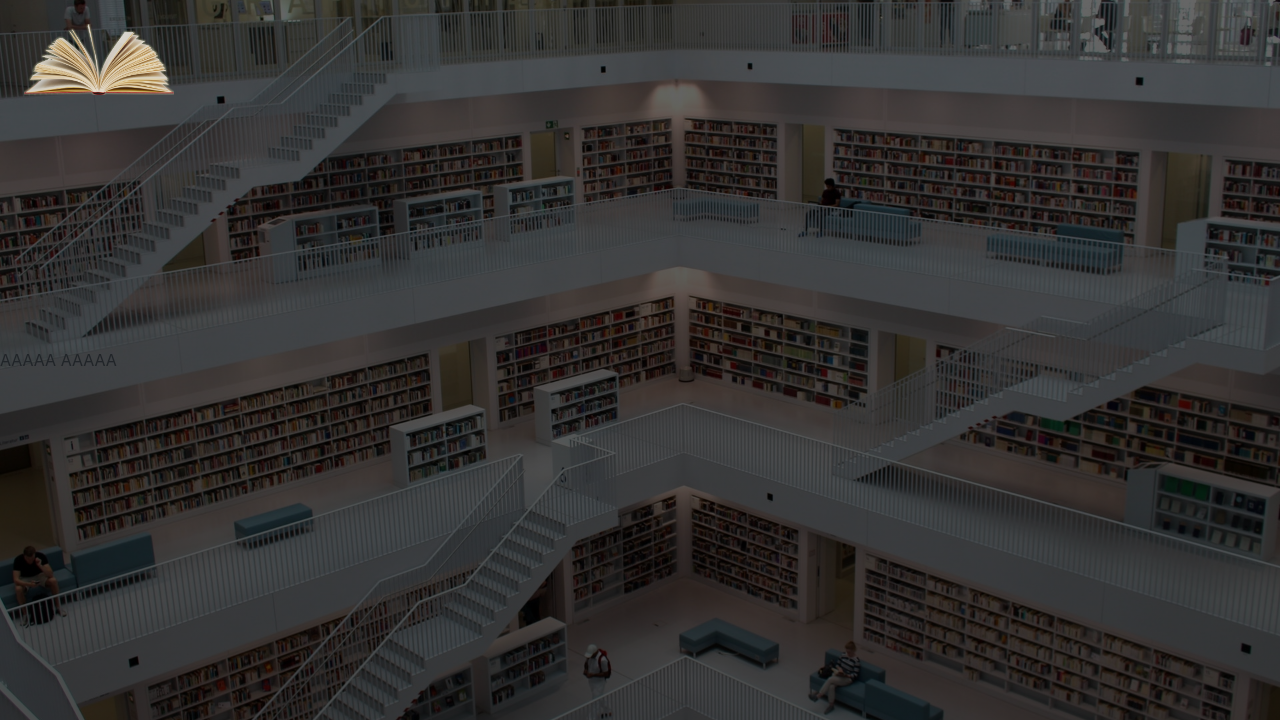
Repository: imedakrouti/BookStore
Page: index.html
The author's editor kept a copy of each file at every save. The page is drawn from the files as they stood at one save, then again after the next save.
The browser window is 1280 px wide. The pictures show the whole page.
Some web libraries are served in a nearby version.

Above is the page before, as saved 2020-05-05 17:21:58.

### index.html
<!DOCTYPE html>
<html lang="en">
<head>
    <meta charset="UTF-8">
    <!-- meta view-port responsive design -->
    <meta name="viewport" content="width=device-width, initial-scale=1.0">
    <!-- Favicon -->
    <link rel="shortcut icon" href="images/img/title-img.png" type="image/x-icon">
    <!-- Fontawsome -->
    <link rel="stylesheet" href="https://use.fontawesome.com/releases/v5.0.10/css/all.css" integrity="sha384-+d0P83n9kaQMCwj8F4RJB66tzIwOKmrdb46+porD/OvrJ+37WqIM7UoBtwHO6Nlg" crossorigin="anonymous">
    <!-- Css Bootstrap -->
    <link rel="stylesheet" href="pluguin/bootstrap/css/bootstrap.min.css">
    <!-- Css style -->
    <link rel="stylesheet" href="styles/styles.css">
    <title>Books Site</title>
</head>
<body>
    <!-- Header -->
    <header class="d-flex  align-items-center">
        <div class="align-self-start position-absolute">
            <a href=""><img src="images/img/book.png"width="150px" class="img-fluid m-4" alt=""></a>
        </div>

        <!-- Hero -->
        <div class="hero">
            AAAAA
            AAAAA

        </div>



    <!-- End Hero -->
    </header>
    <!-- End Of Header -->
<!-- Jquery -->
<script src="pluguin/jquery-3.3.1.min.js"></script>
<!-- Popper js -->
<script src="pluguin/popper.js"></script>
<!-- Bootstrap js  -->
<script src="pluguin/bootstrap/js/bootstrap.min.js"></script>
<!-- Own js file -->
<script src="js/script.js"></script>
</body>
</html>

### styles/styles.css
@import url('https://fonts.googleapis.com/css?family=Great+Vibes&display=swap');

*{
    margin: 0;
    padding: 0;
    box-sizing:border-box;
}
body{
    /* font-family: 'Great Vibes', cursive; */
}
a:hover{
    text-decoration: none;
}
header{
    height: 100vh;
    background:linear-gradient(rgba(0,0,0,0.6),rgba(0,0,0,0.7)),url('../images/img/header-bg.jpeg')no-repeat fixed center /cover;
}

.hero{
    height: 100vh;
    display: flex;
    justify-content: center;
    align-items: center;
    flex-direction: column;

}

Loaded but not shown: pluguin/bootstrap/css/bootstrap.min.css (library); pluguin/jquery-3.3.1.min.js (library); pluguin/popper.js (library); pluguin/bootstrap/js/bootstrap.min.js (library); js/script.js (no copy from this time; the picture is the same without it)

After the next save:
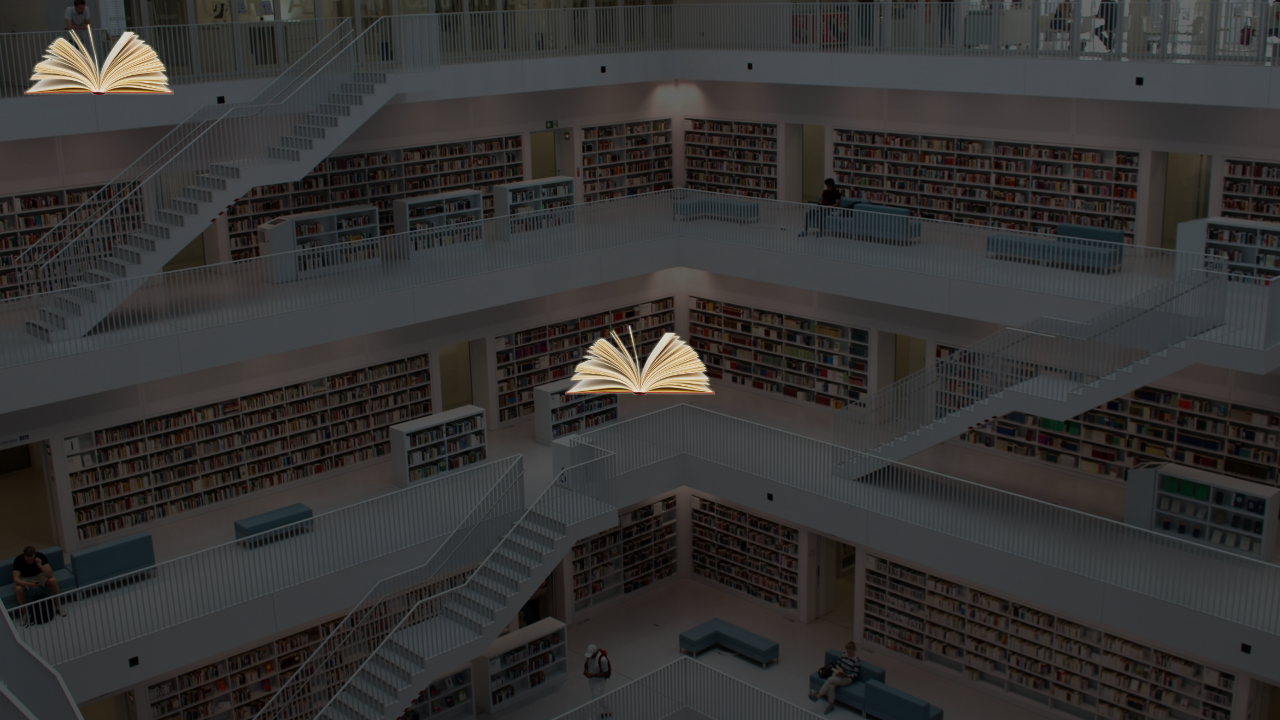
Saved 60 s later.
--- a/index.html
+++ b/index.html
@@ -16,16 +16,18 @@
 </head>
 <body>
     <!-- Header -->
-    <header class="d-flex  align-items-center">
+    <header>
         <div class="align-self-start position-absolute">
             <a href=""><img src="images/img/book.png"width="150px" class="img-fluid m-4" alt=""></a>
         </div>
 
         <!-- Hero -->
         <div class="hero">
-            AAAAA
-            AAAAA
+            <a href=""><img src="images/img/book.png"width="150px" class="img-fluid m-4" alt=""></a>
 
+             <div class="a">
+
+             </div>
         </div>
 
 
